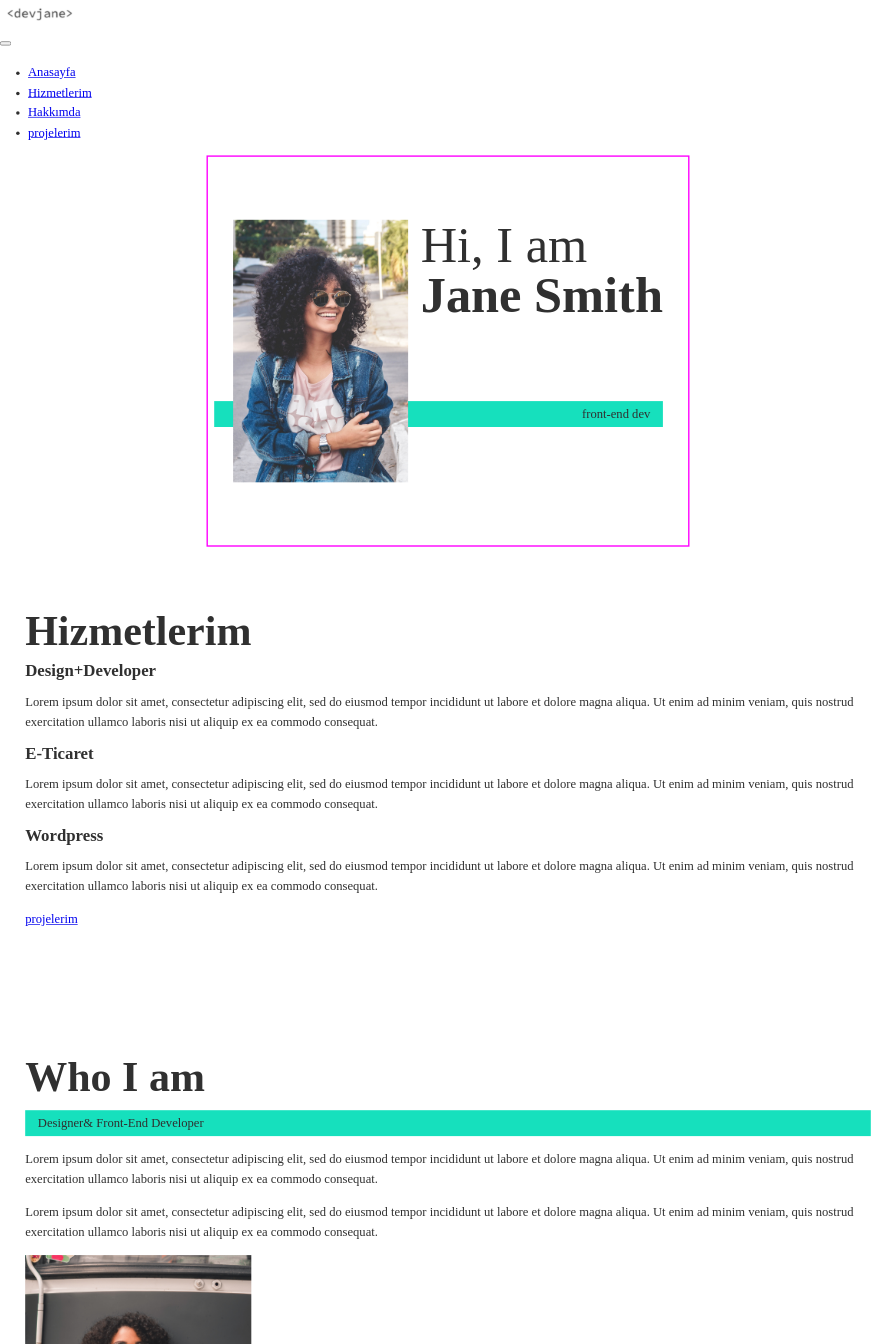
Repository: denizangin/portfolyo
Page: index.html
These files come from the project's save history. The page is drawn as it stood at one moment and after a run of saves; the edit follows.
The browser window is 1280 px wide. The pictures show the part of the page from y = 0 to 1920 px (the page is 5661 px tall), at 70% of full size.
A picture or video elsewhere on the page could not be fetched, so the positions and the page height are approximate.

Above is the page before, as saved 2024-08-02 14:43:01.

### index.html
<!DOCTYPE html>
<html lang="tr">

<head>
    <link rel="stylesheet" href="style.css">
    <meta charset="UTF-8">
    <meta name="viewport" content="width=device-width, initial-scale=1.0">
    <title> jane Smith Portfolyo</title>
</head>

<body>
    <style>
        @import url('https://fonts.googleapis.com/css2?family=Roboto+Condensed:ital,wght@0,100..900;1,100..900&family=Roboto:ital,wght@0,100;0,300;0,400;0,500;0,700;0,900;1,100;1,300;1,400;1,500;1,700;1,900&display=swap');
        </style>
    <header>
        <div class="logo">
            <img src="img/DEVJANE.png" alt="logo">
        </div>

        <button class="nav-toggle">
            <span class="hamburger"></span>
        </button>

        <nav class="nav">
            <ul class="nav__list">
                <li class="nav__item">
                    <a href="#home" class="nav__link">Anasayfa</a>
                </li>
                <li class="nav__item">
                    <a href="#services" class="nav__link">Hizmetlerim</a>
                </li>
                <li class="nav__item">
                    <a href="#about" class="nav__link">Hakkımda</a>
                </li>
                <li class="nav__item">
                    <a href="#work" class="nav__link">projelerim</a>
                </li>
            </ul>
        </nav>


    </header>

    <!-- Introduction-->
    <section class="intro" id="home">
        <h1 class="section__title section__title--intro"> Hi, I am <strong> Jane Smith </strong> </h1>
        <P class="section__title section__subtitle--intro"> front-end dev</P>
        <img class="intro__img" src="img/component (3).png" alt="jane smith gülümsediği foto">
    </section>

    <!--My Services-->
    <section class="my services" id="services">
        <h2 class="section__title section__title--services"> Hizmetlerim</h2>
        <div class="services">
            <div class="service">
                <h3> Design+Developer</h3>
                <p> Lorem ipsum dolor sit amet, consectetur adipiscing elit, sed do eiusmod tempor incididunt ut labore
                    et dolore magna aliqua. Ut enim ad minim veniam, quis nostrud exercitation ullamco laboris nisi ut
                    aliquip ex ea commodo consequat.</p>
            </div>

            <div class="service ">
                <h3>E-Ticaret</h3>
                <p>Lorem ipsum dolor sit amet, consectetur adipiscing elit, sed do eiusmod tempor incididunt ut labore
                    et dolore magna aliqua. Ut enim ad minim veniam, quis nostrud exercitation ullamco laboris nisi ut
                    aliquip ex ea commodo consequat.</p>
            </div>

            <div class="service ">
                <h3>Wordpress</h3>
                <p>Lorem ipsum dolor sit amet, consectetur adipiscing elit, sed do eiusmod tempor incididunt ut labore
                    et dolore magna aliqua. Ut enim ad minim veniam, quis nostrud exercitation ullamco laboris nisi ut
                    aliquip ex ea commodo consequat.</p>
            </div>
        </div>

        <a href="#work"> projelerim </a>

    </section>

    <!--About Me-->
    <section class="about_me" id="about">
        <h2 class="section__title section __title--about"> Who I am</h2>
        <P class="section __subtitle section__subtitle--about">Designer& Front-End Developer</P>

        <div class="about-me__body">
            <p> Lorem ipsum dolor sit amet, consectetur adipiscing elit, sed do eiusmod tempor incididunt ut labore et
                dolore magna aliqua. Ut enim ad minim veniam, quis nostrud exercitation ullamco laboris nisi ut aliquip
                ex ea commodo consequat.</p>
            <p>Lorem ipsum dolor sit amet, consectetur adipiscing elit, sed do eiusmod tempor incididunt ut labore et
                dolore magna aliqua. Ut enim ad minim veniam, quis nostrud exercitation ullamco laboris nisi ut aliquip
                ex ea commodo consequat.</p>
        </div>

        <img src="img/component.png" alt="jane ayakta fotosu">
    </section>

    <!--My Work-->
     <section class="my-work" id="work">
        <h2 class= "section__title"> projelerim </h2>
        <p class="section__subtitle"> Bazı yaptığım projeler</p>

        <div class="portfolio">
            <a href="#" class="portfolio-item">
                <img src="img/component (15).png" alt="" class="portfolio__item">
            </a>
            <a href="#" class="portfolio-item">
                <img src="img/component (5).png" alt="" class="portfolio__item">
            </a>
            <a href="#" class="portfolio-item">
                <img src="img/component (6).png" alt="" class="portfolio__item">
            </a>
            <a href="#" class="portfolio-item">
                <img src="img/component (7).png" alt="" class="portfolio__item">
            </a>
            <a href="#" class="portfolio-item">
                <img src="img/component (8).png" alt="" class="portfolio__item">
            </a>
            <a href="#" class="portfolio-item">
                <img src="img/component (9).png" alt="" class="portfolio__item">
            </a>
            <a href="#" class="portfolio-item">
                <img src="img/component (10).png" alt="" class="portfolio__item">
            </a>
            <a href="#" class="portfolio-item">
                <img src="img/component (11).png" alt="" class="portfolio__item">
            </a>
            <a href="#" class="portfolio-item">
                <img src="img/component (12).png" alt="" class="portfolio__item">
            </a>
            <a href="#" class="portfolio-item">
                <img src="img/component (13).png" alt="" class="portfolio__item">
            </a>







        </div>


     </section>

     <!--FOOTER-->

     <footer>
        <a href="mailto:jane.gmail.com" class="footer__link">jane.gmail.com</a>
        <ul class="socail list">
            <li class="social-list__item">
                <a class="social-list__link"> link1</a>
            </li>
            <li class="social-list__item">
                <a class="social-list__link"> link2</a>
            </li>
            <li class="social-list__item">
                <a class="social-list__link"> link3</a>
            </li>
            <li class="social-list__item">
                <a class="social-list__link"> link4</a>
            </li>

        </ul>
     </footer>











</body>

</html>

### style.css
*,
*::before,
*::after {
    box-sizing: border-box;
}
/*değişkenler*/
:root {
    --fs-primary: "Source Sans Pro", sans-serif;
    --fs-secondary: "Source Code Pro", monospace;

    --fw-reg: 300;
    --fw-bold: 900;

    --clr-light: #fff;
    --clr-dark: #303030;
    --clr-accent: #16e0bd;

    --fs-h1: 3rem;
    --fs-h2: 2.25rem;
    --fs-h3: 1.25rem;
    --fs-body: 1rem;

    --bs: 0.25 0.25 0.75 rgba(0,0,0,0.25),
    0.125em 0.125em 0.125em rgba(0,0,0,0.15)
}
    @media(min-width:800px) {

        :root {
            --fs-h1: 4.5rem;
            --fs-h2: 3.75rem;
            --fs-h3: 1.5rem;
            --fs-body: 1.125rem;

        }


    }


/* Genel stiller*/

body {
    background: var(--clr-light);
    color: var(--clr-dark);
    margin: 0;
    font-family: var(--ff-primary) font-size var(--fs-body);
    font-size: var(--fs-body);
    line-height: 1.6;
}
section{
    padding: 5em 2em;
}

img {
    display: block;
    max-width: 100%;
}

strong {
    font-weight: var(--fw-bold);
}

/*typography*/
h1,
h2,
h3 {
    line-height: 1;
    margin: 0;
}
h1 {
    font-size: var(--fs-h1);
}
h2 {
    font-size: var(--fs-h2);
}
h3 {
    font-size: var(--fs-h3);
}
.section__title {
    margin-bottom: 0.25em;
}
.section__title--intro {
font-weight: var(--fw-reg);
}
.section__title--intro strong {
    display: block;
}
.section__subtitle {
    font-size: var(--fs-h3);
    margin: 0;
}
.section__subtitle--intro,
.section__subtitle--about {
    background: var(--clr-accent);
    font-family: var(--ff-secondary);
    margin-bottom: 1em;
    padding: 0.25em 1em;
}
/* intro section*/
.intro {
  position:relative;

}
.section__subtitle--intro {
    display: inline-block;
}
@media(min-width: 600px) {
    .intro {
        border: 2px solid magenta;
        display: grid;
        width: min-content;
        margin: 0 auto;
        gap: 1em;
        grid-template-areas:
        "img title"
        "img subtitle";
        grid-template-columns: min-content max-content;
    }

    .intro__img{

        grid-area: img;
        min-width: 250px;
        position:relative;
        z-index:2;
    }
    .section__subtitle--intro{
        align-self: start;
        grid-column: -1 / 1;
        grid-row: 2;
        text-align: right;
        position:relative;
        left:-1.5em;
        width:calc(100% + 1.5em);
    }
}

/* My services section*/

.my-services{
    border:2px solid magenta;
    background-color: var(--clr-dark);
    background-image: url(img/component\ \(15\).png);
    background-blend-mode: multiply;
    background-size: cover;
    color: var(--clr-light);
    text-align: center ;

}

.section__title--section::after{
    content: '';
    display: block;
    width:2em;
    height:1px;
    margin:0.5em auto 1em;
    background:var(--clr-light)
    opacity: 0.25;
}

After the next 2 saves:
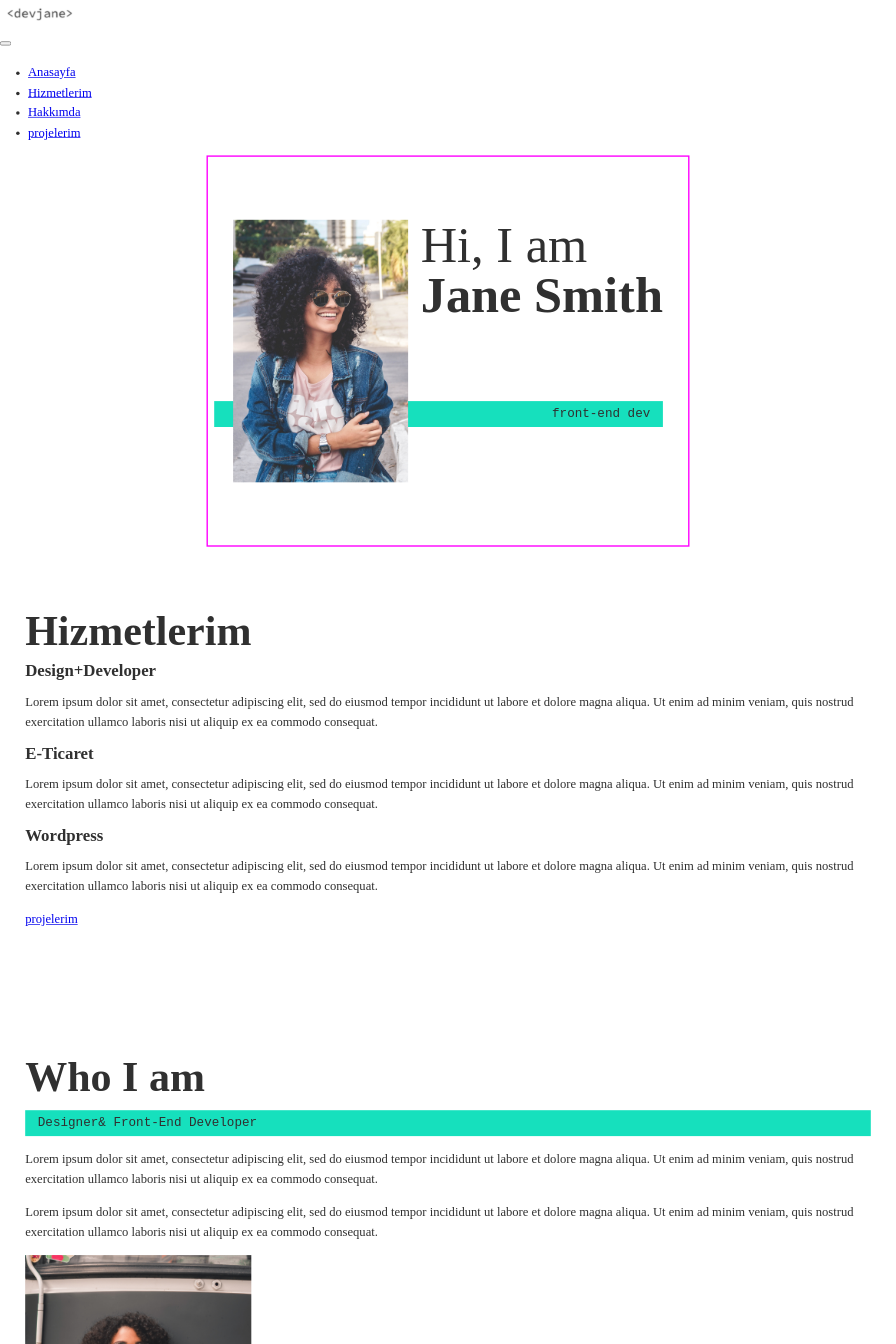
The 2 saves are shown as one change because they came seconds apart.
The last was saved 3 min 41 s later.
--- a/style.css
+++ b/style.css
@@ -5,8 +5,8 @@
 }
 /*değişkenler*/
 :root {
-    --fs-primary: "Source Sans Pro", sans-serif;
-    --fs-secondary: "Source Code Pro", monospace;
+    --ff-primary: "Source Sans Pro", sans-serif;
+    --ff-secondary: "Source Code Pro", monospace;
 
     --fw-reg: 300;
     --fw-bold: 900;
